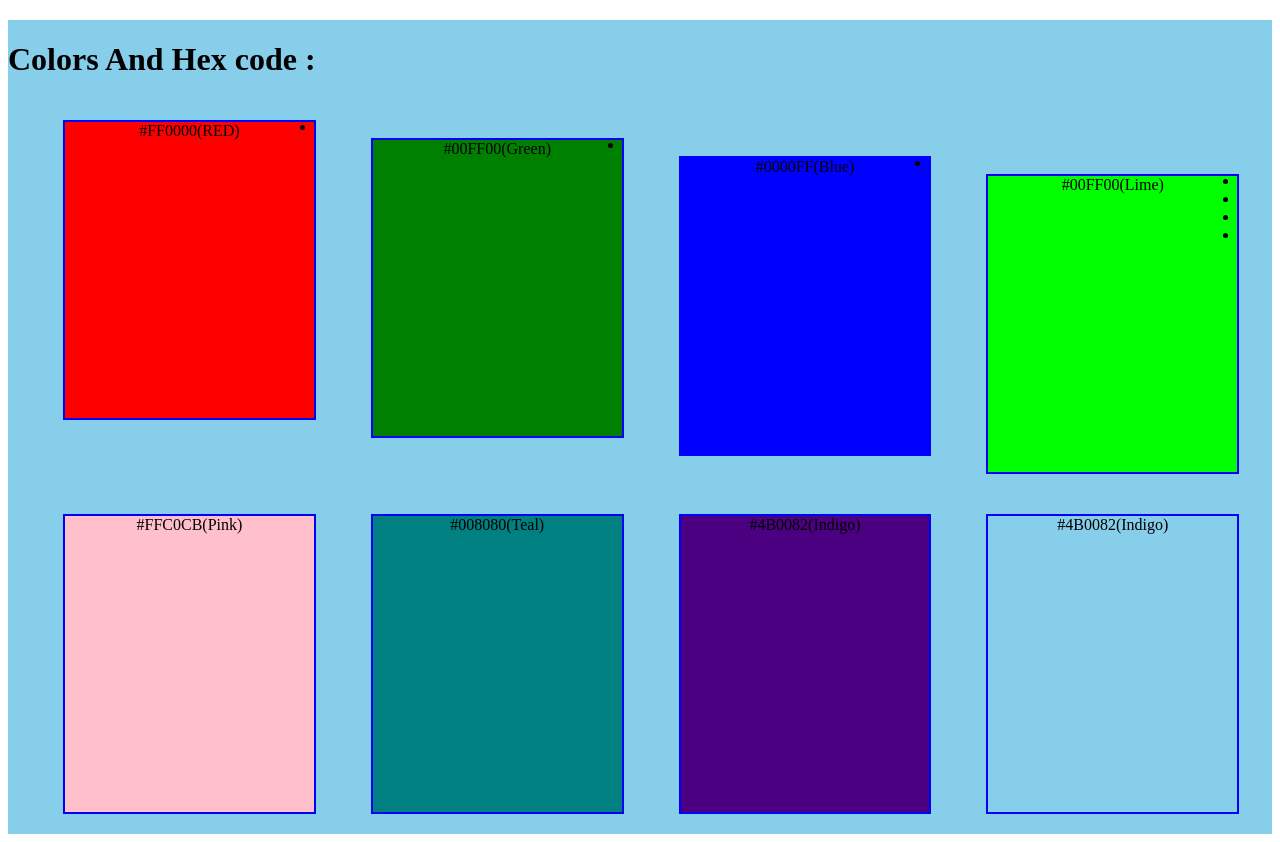
Repository: MintuKrishnan/subrahmanyam-batch
Page: front-end/position/index.html
The author's editor kept a copy of each file at every save. The page is drawn from the files as they stood at one save, then again after the next save.
The browser window is 1280 px wide. The pictures show the whole page.

Above is the page before, as saved 2021-03-04 10:14:24.

After the next save:
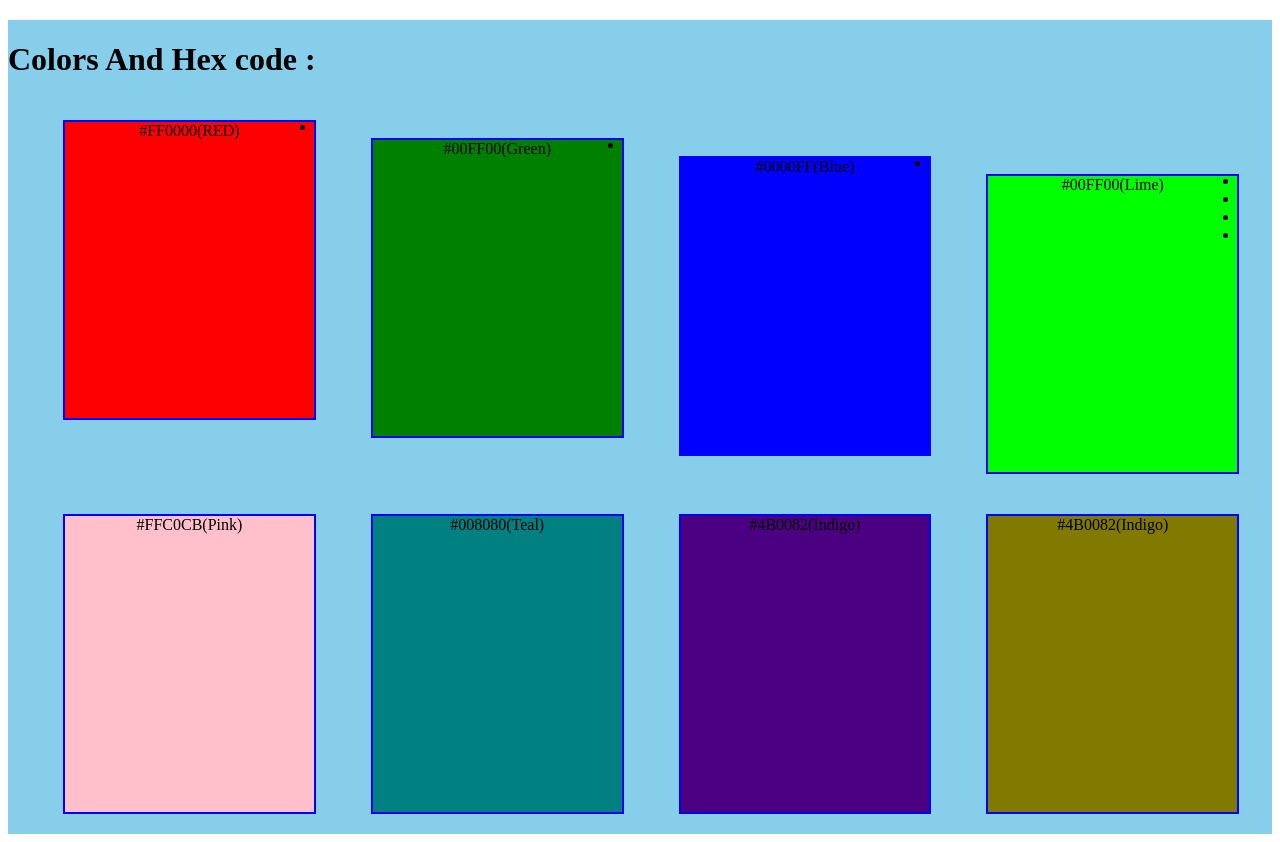
Saved 35 s later.
--- a/front-end/position/style.css
+++ b/front-end/position/style.css
@@ -43,8 +43,8 @@
 .container ul li .bottom7 {
   background: indigo;
 }
-.container ul li .bottom7 {
-  background: indigo;
+.container ul li .bottom8 {
+  background: rgb(130, 121, 0);
 }
 
 .container ul li:hover {
